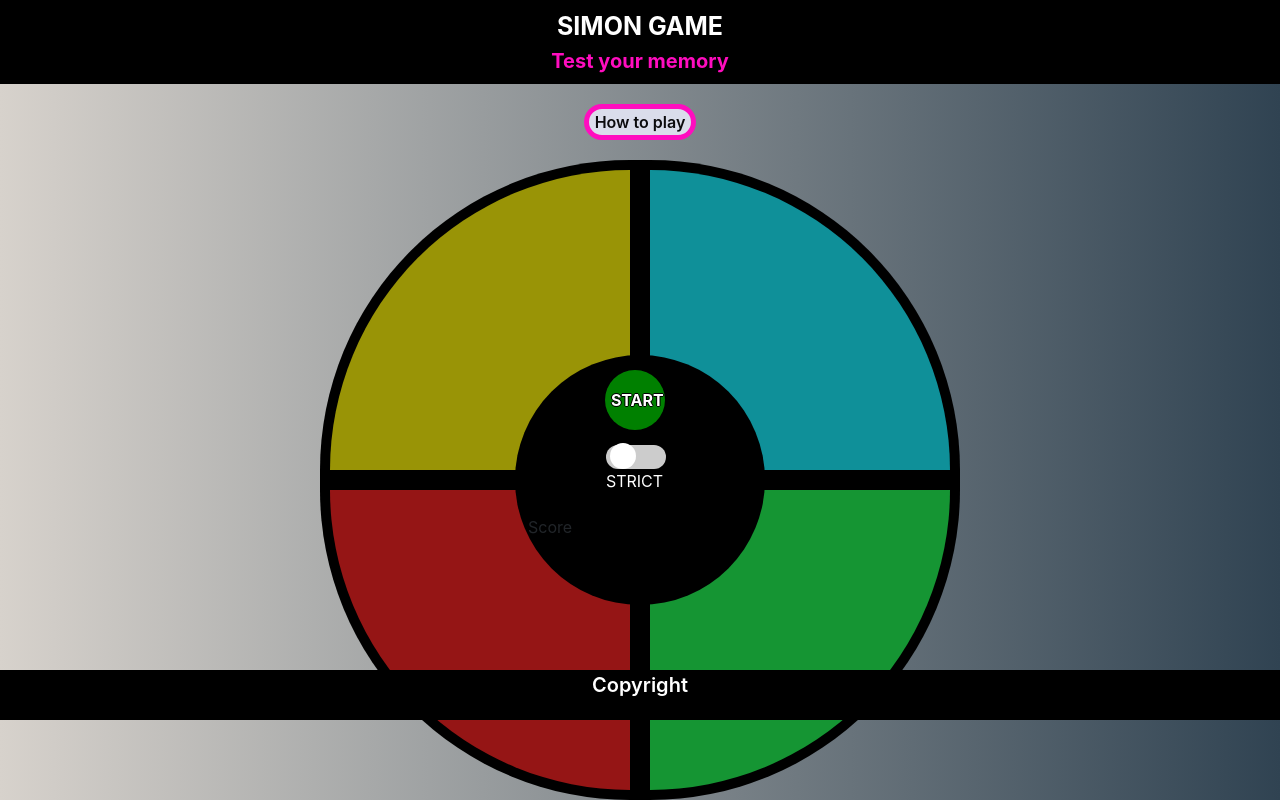
Repository: murphya14/Simon-game
Page: index.html
The author's editor kept a record of every edit. The page is drawn from the files as they stood at one moment, then again after the next edit.
The browser window is 1280 px wide. The pictures show the whole page.

Above is the page before.
Console error: SyntaxError: Unexpected end of input

After the next edit:
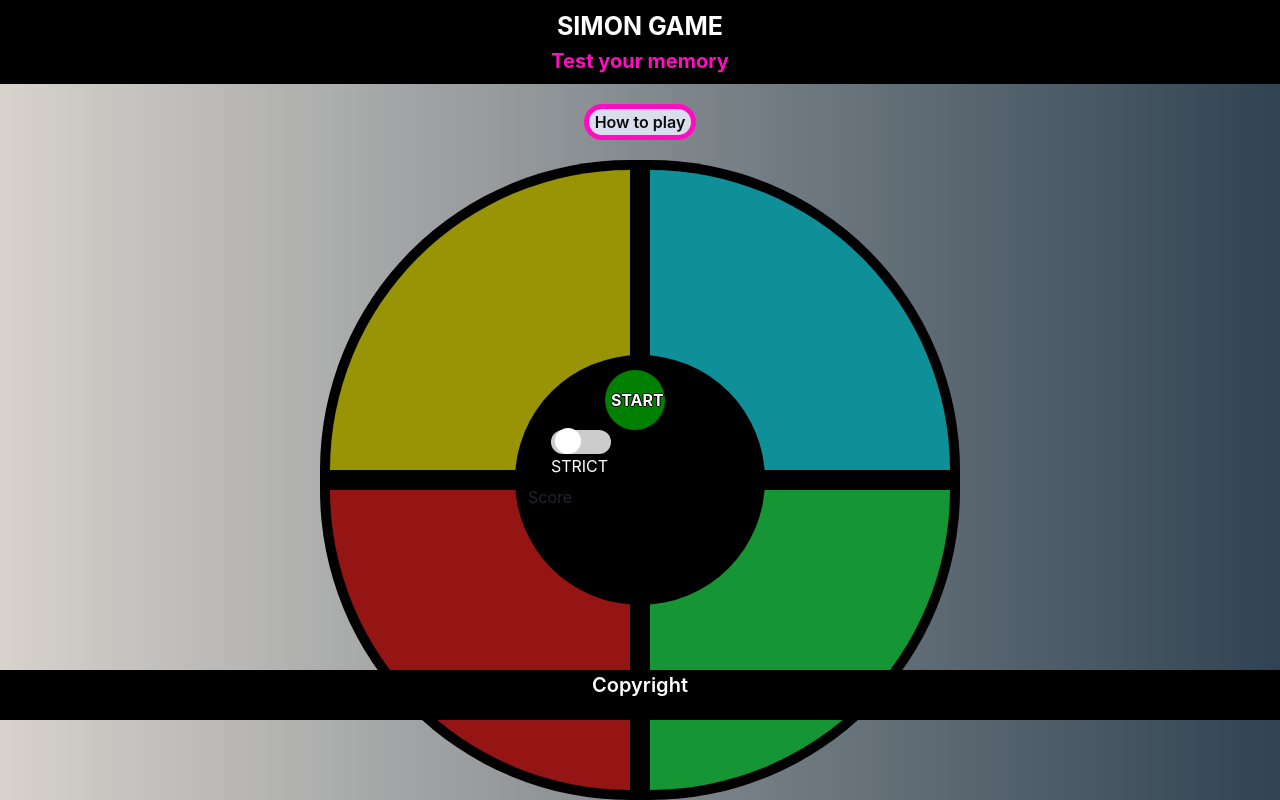
The edit:
--- a/index.html
+++ b/index.html
@@ -91,7 +91,7 @@
                     <button class="center start-button" id="start">Start</button>
 
 
-                    <div class="custom-control custom-switch " id="strictButton">
+                    <div class="custom-control custom-switch " id="strict">
                         <label class="switch">
                       <input type="checkbox">
                       <span class="slider round"></span>
